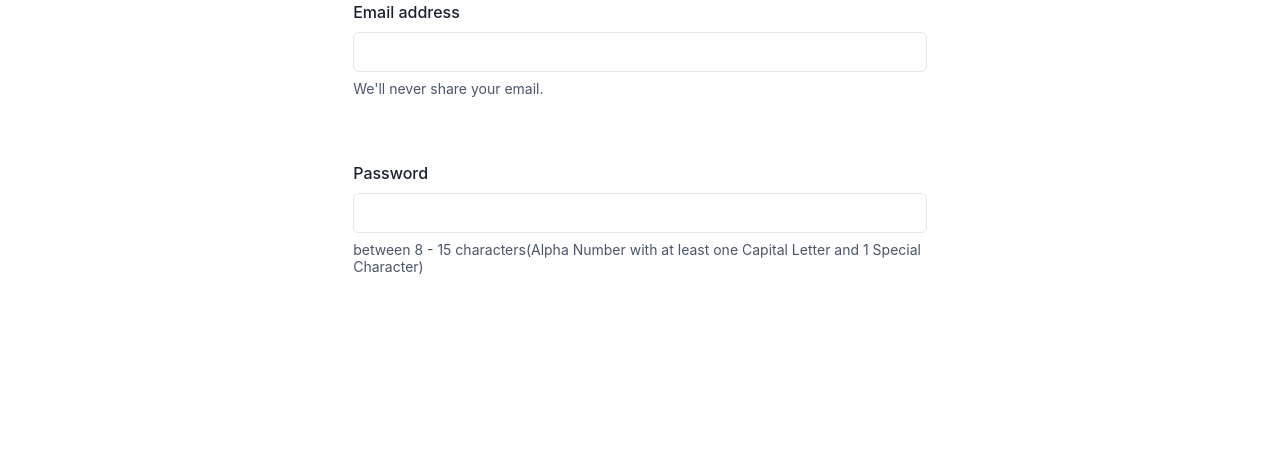
Repository: NeeleshRoy/synechron
Page: /
An editor plug-in stored every save of this project. The page is shown before and after the next save, followed by the edit.
The browser window is 1280 px wide. The pictures show the whole page.
The project was rebuilt for these pictures with package versions that can differ from the ones it lists, and the page was loaded fresh each time.

Above is the page before, as saved 2023-02-04 16:22:28.

After the next save:
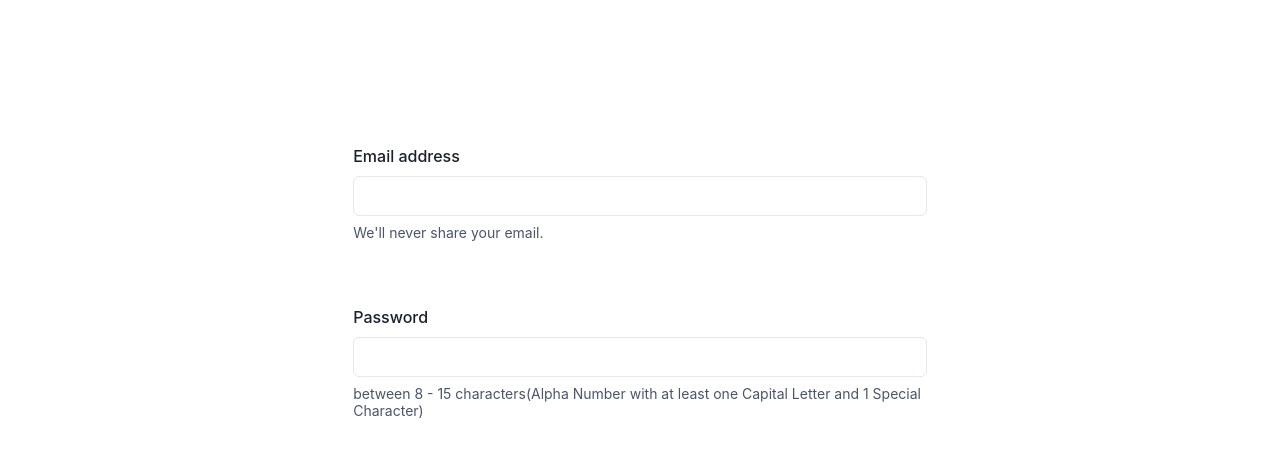
Saved 10 s later.
--- a/src/components/Home.jsx
+++ b/src/components/Home.jsx
@@ -9,7 +9,7 @@ import {
 const Home = () => {
   return (
     <div>
-          <FormControl>
+          <FormControl mt={36}>
             <FormLabel>Email address</FormLabel>
             <Input type="email" />
             <FormHelperText>We'll never share your email.</FormHelperText>
